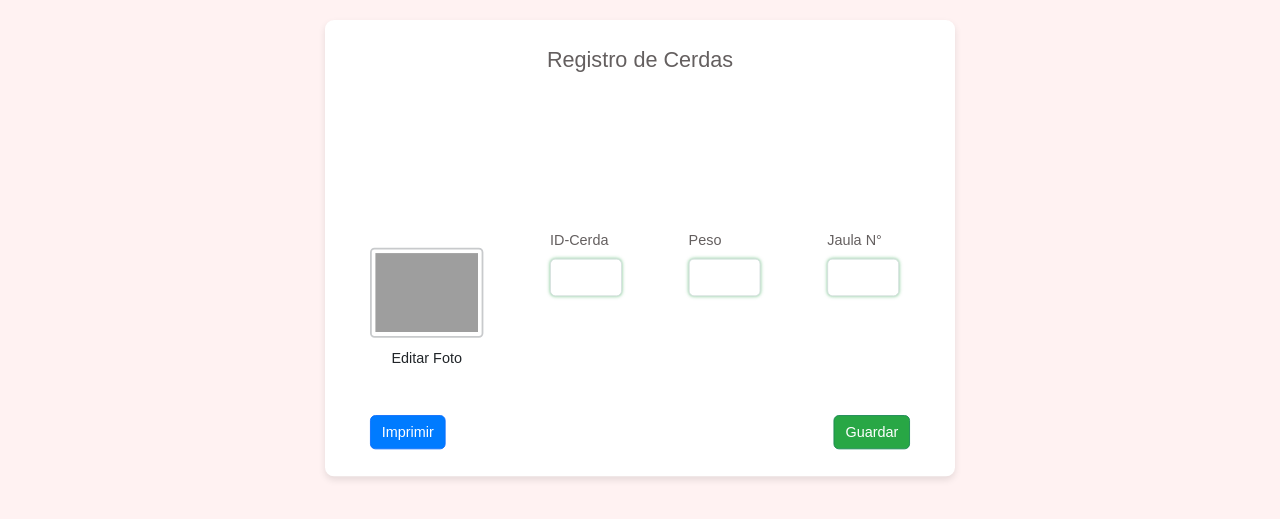
Repository: Mateojimenezz/Granja-Santa-Helena
Page: fomularioRegHembrasPreñadas.html
These files come from the project's save history. The page is drawn as it stood at one moment and after the next save; the edit follows.
The browser window is 1280 px wide. The pictures show the whole page.
Pictures or frames that could not be fetched are drawn as grey boxes. Some web fonts or font styles are not loaded; a fallback is used.

Above is the page before, as saved 2025-04-29 10:17:49.

After the next save:
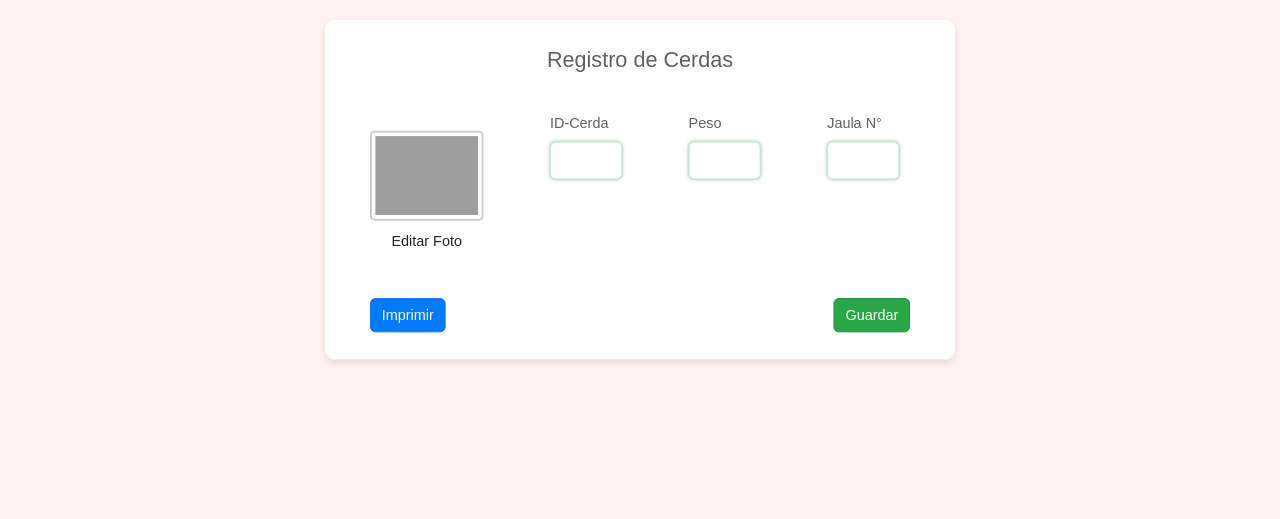
Saved 9 s later.
--- a/assets/css/fomularioRegHembrasPreñadas.css
+++ b/assets/css/fomularioRegHembrasPreñadas.css
@@ -19,7 +19,7 @@ body {
     font-family: var(--font-principal);
     color: var(--color-TextoMenuLateral);
 
-    padding-bottom: 150px;
+    padding-bottom: 20px;
     font-size: 1.5em;
 
   }
